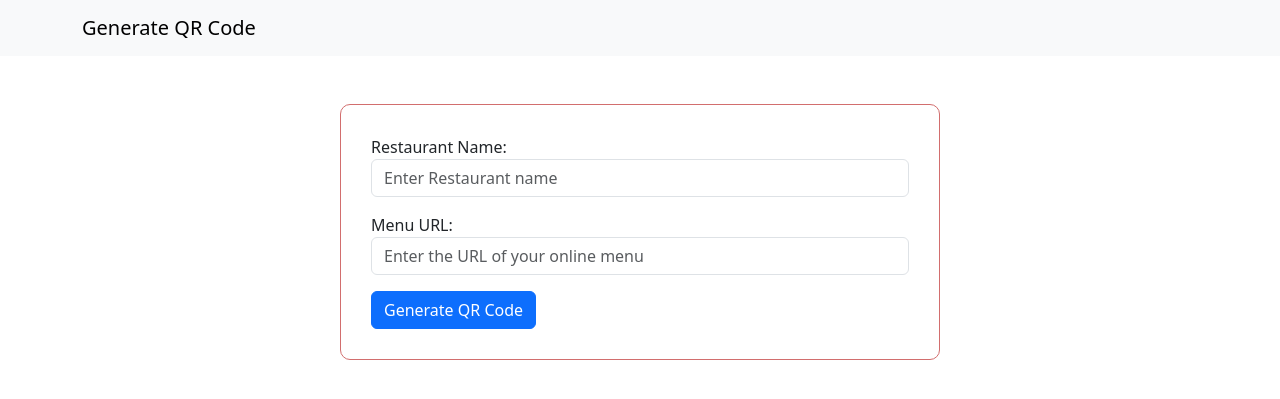
Repository: Shreesha1564/digital_qr_menu
Page: http://localhost/
The author's editor kept a copy of each file at every save. The page is drawn from the files as they stood at one save, then again after the next save.
The browser window is 1280 px wide. The pictures show the whole page.
The page is served by the project's application, run on Django 5.2 (manage.py). Other server files are loaded and not shown.

Above is the page before, as saved 2025-04-23 00:49:47.

### templates/generate_qr_code.html
<!DOCTYPE html>
<html lang="en">
<head>
    <meta charset="UTF-8">
    <meta name="viewport" content="width=device-width, initial-scale=1.0">
    <title>Generate QR code for Digital Restaurant Menu</title>
<!-- Bootstrap css cdn -->
    <link href="https://cdn.jsdelivr.net/npm/bootstrap@5.3.5/dist/css/bootstrap.min.css" rel="stylesheet" integrity="sha384-SgOJa3DmI69IUzQ2PVdRZhwQ+dy64/BUtbMJw1MZ8t5HZApcHrRKUc4W0kG879m7" crossorigin="anonymous">
    <!-- Bootstrap js cdn -->
    <script src="https://cdn.jsdelivr.net/npm/bootstrap@5.3.5/dist/js/bootstrap.bundle.min.js" integrity="sha384-k6d4wzSIapyDyv1kpU366/PK5hCdSbCRGRCMv+eplOQJWyd1fbcAu9OCUj5zNLiq" crossorigin="anonymous"></script>
</head>
<body>
    <nav class="navbar navbar-expand-lg bg-body-tertiary">
        <div class="container">
            <a href="" class="navbar-brand">Generate QR Code</a>
        </div>
    </nav>
    <div class="container mt-5" style="width: 600px; border: 1px solid #d26e6e;padding: 30px; border-radius: 10px;">
        <form action="{% url 'generate_qr_code' %}" method="POST">
            {% csrf_token %}

            {{ form.as_p }}

            <button type="submit" class="btn btn-primary">Generate QR Code</button>
         </form>
     </div>
</body>
</html>

### django_qr/forms.py
from django import forms


class QRCodeForm(forms.Form):
    restaurant_name = forms.CharField(
        max_length=50,
        label='Restaurant Name',
        widget=forms.TextInput(attrs={
            'class': 'form-control',
            'placeholder': 'Enter Restaurant name'
        })
        )
    url = forms.URLField(
        max_length=200,
        label='Menu URL',
        widget=forms.URLInput(attrs={
            'class': 'form-control',
            'placeholder': 'Enter the URL of your online menu'
        })
        )

### django_qr/views.py
from django.shortcuts import render
from .forms import QRCodeForm
def generate_qr_code(request):
   form = QRCodeForm()
   context = {
                'form': form
            }
   return render(request, 'generate_qr_code.html', context)

### django_qr/urls.py
"""
URL configuration for django_qr project.

The `urlpatterns` list routes URLs to views. For more information please see:
    https://docs.djangoproject.com/en/5.2/topics/http/urls/
Examples:
Function views
    1. Add an import:  from my_app import views
    2. Add a URL to urlpatterns:  path('', views.home, name='home')
Class-based views
    1. Add an import:  from other_app.views import Home
    2. Add a URL to urlpatterns:  path('', Home.as_view(), name='home')
Including another URLconf
    1. Import the include() function: from django.urls import include, path
    2. Add a URL to urlpatterns:  path('blog/', include('blog.urls'))
"""
from django.contrib import admin
from django.urls import path
from . import views
urlpatterns = [
    path('admin/', admin.site.urls),
    path('',views.generate_qr_code,name="generate_qr_code")
]

After the next save:
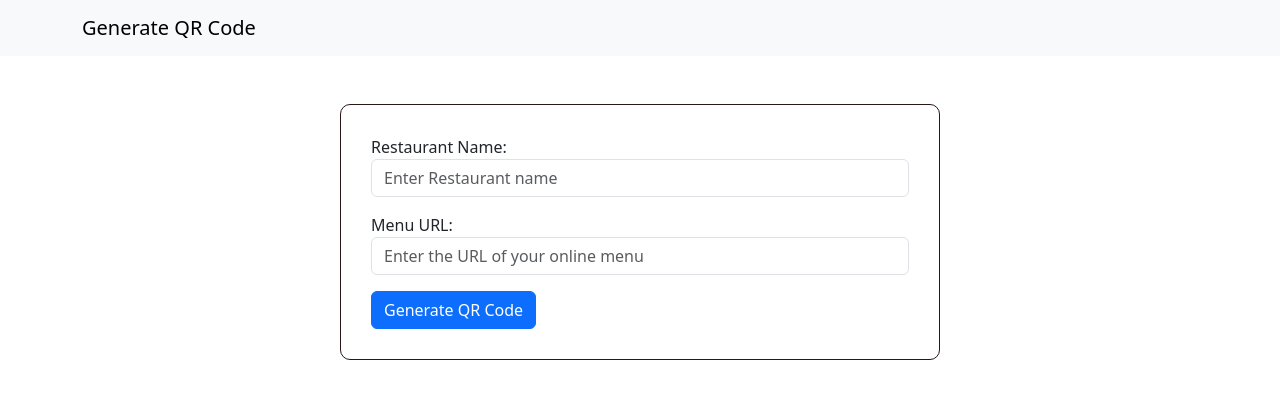
Saved 13 s later.
--- a/templates/generate_qr_code.html
+++ b/templates/generate_qr_code.html
@@ -15,7 +15,7 @@
             <a href="" class="navbar-brand">Generate QR Code</a>
         </div>
     </nav>
-    <div class="container mt-5" style="width: 600px; border: 1px solid #d26e6e;padding: 30px; border-radius: 10px;">
+    <div class="container mt-5" style="width: 600px; border: 1px solid #2a1616;padding: 30px; border-radius: 10px;">
         <form action="{% url 'generate_qr_code' %}" method="POST">
             {% csrf_token %}
 
